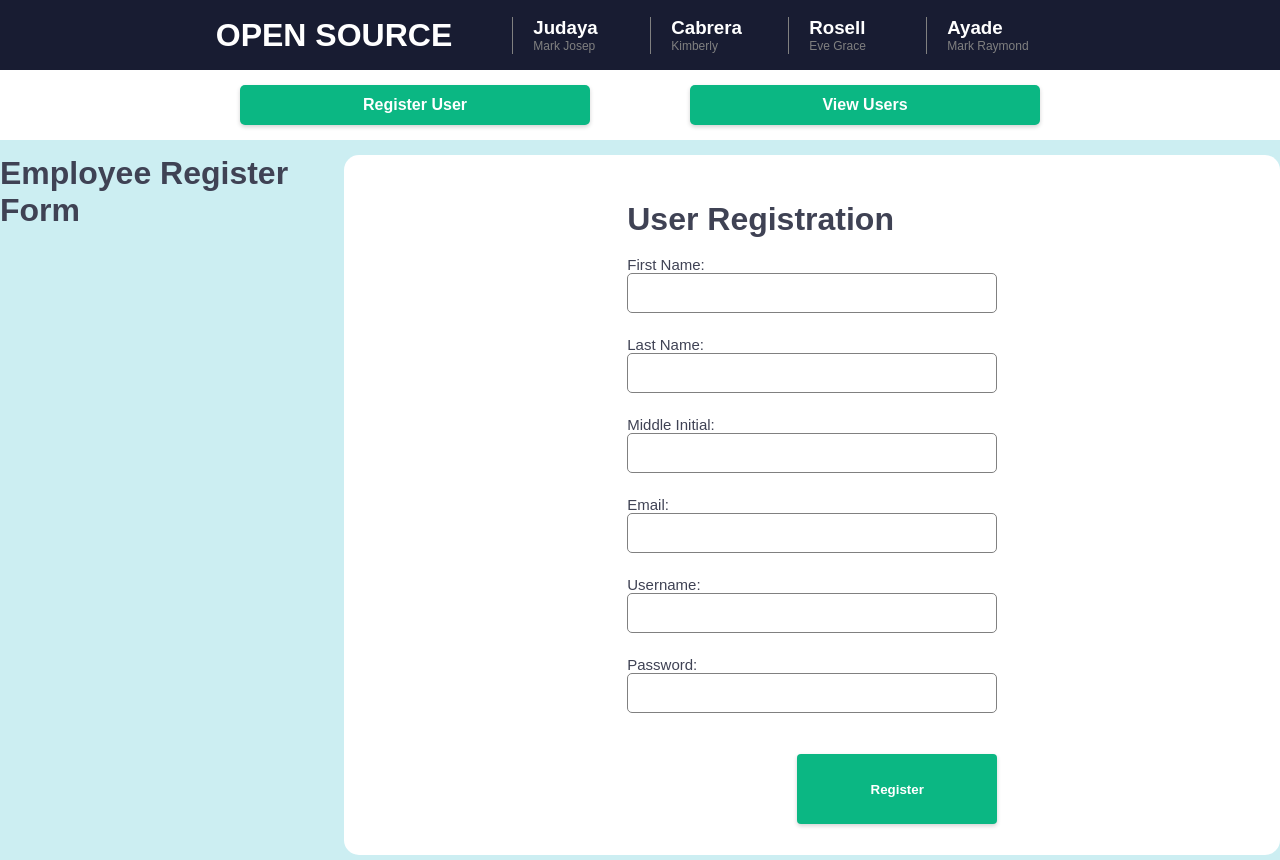
Repository: azkalonz/Int-Prog-2
Page: http://localhost/Int_Prog_2/register?page=register
An editor plug-in stored every save of this project. The page is shown before and after the next save, followed by the edit.
The browser window is 1280 px wide. The pictures show the whole page.
The page is served by Tomcat 9. Other server files are loaded and not shown.

Above is the page before, as saved 2021-03-02 10:59:39.

### Int Prog 2/WebContent/WEB-INF/views/register.jsp
<jsp:include page="/WEB-INF/layout/header.jsp" />
  <h1>Employee Register Form</h1>
  <div class="formCon">
     <form action="<%= request.getContextPath() %>/register" method="post">
         <h1>User Registration</h1>
         <br>
         <div class="inputCon">
             <span>First Name: </span>
             <input type="text" name="firstname">
         </div>
         <div class="inputCon">
             <span>Last Name:</span>
             <input type="text" name="lastname">
         </div>
         <div class="inputCon">
             <span>Middle Initial: </span>
             <input type="text" name="mi">
         </div>
         <div class="inputCon">
             <span>Email: </span>
             <input type="text" name="email">
         </div>
         <div class="inputCon">
             <span>Username: </span>
             <input type="text" name="username">
         </div>
         <div class="inputCon">
             <span>Password: </span>
             <input type="text" name="password">
         </div>
         <br>
         <button>Register</button>
     </form>
 </div>
<jsp:include page="/WEB-INF/layout/footer.jsp" />

### Int Prog 2/WebContent/WEB-INF/layout/header.jsp
<%@ page language="java" contentType="text/html; charset=ISO-8859-1"
	pageEncoding="ISO-8859-1"%>
<!DOCTYPE html>
<html>
<head>
<meta charset="ISO-8859-1">
<title>Register Employee</title>
<link rel="stylesheet" href="<%=request.getContextPath()%>/css/style.css"/>
</head>
<body>
<header>
        <div class="container">
            <h1>OPEN SOURCE</h1>
            <div class="namesCon">
                <div class="names">
                    <h3>Judaya</h3>
                    <span>Mark Josep</span>
                </div>
                <div class="names">
                    <h3>Cabrera</h3>
                    <span>Kimberly</span>
                </div>
                <div class="names">
                    <h3>Rosell</h3>
                    <span>Eve Grace</span>
                </div>
                <div class="names">
                    <h3>Ayade</h3>
                    <span>Mark Raymond</span>
                </div>
            </div>
        </div>
    </header>
    <div class="navCon">
        <div class="container">
            <div class="button">
                <a href="register.html">Register User</a>
            </div>
            <div class="button">
                <a href="view.html">View Users</a>
            </div>
        </div>
    </div>

    <div class="thecontent">

### Int Prog 2/src/com/intprog/controller/RegisterServlet.java
package com.intprog.controller;

import java.io.IOException;
import javax.servlet.ServletException;
import javax.servlet.annotation.WebServlet;
import javax.servlet.http.HttpServlet;
import javax.servlet.http.HttpServletRequest;
import javax.servlet.http.HttpServletResponse;

import com.intprog.dao.EmployeeDAO;
import com.intprog.model.Employee;
import com.sun.corba.se.impl.orbutil.ObjectWriter;


@WebServlet("/register")
public class RegisterServlet extends HttpServlet {
	private static final long serialVersionUID = 1L;
    private EmployeeDAO employeeDao = new EmployeeDAO();
    /**
     * @see HttpServlet#HttpServlet()
     */
    public RegisterServlet() {
        super();
        // TODO Auto-generated constructor stub
    }

	/**
	 * @see HttpServlet#doGet(HttpServletRequest request, HttpServletResponse response)
	 */
	protected void doGet(HttpServletRequest request, HttpServletResponse response) throws ServletException, IOException {
		// TODO Auto-generated method stub
		getServletContext().getRequestDispatcher("/WEB-INF/views/register.jsp").forward(request, response);
	}

	/**
	 * @see HttpServlet#doPost(HttpServletRequest request, HttpServletResponse response)
	 */
	protected void doPost(HttpServletRequest request, HttpServletResponse response) throws ServletException, IOException {
		String firstName = request.getParameter("firstname");
        String lastName = request.getParameter("lastname");
        String username = request.getParameter("username");
        String password = request.getParameter("password");
        String email = request.getParameter("email");
        String mi = request.getParameter("mi");

        Employee employee = new Employee();
        employee.setFirstname(firstName);
        employee.setLastname(lastName);
        employee.setUsername(username);
        employee.setPassword(password);
        employee.setEmail(email);
        employee.setMi(mi);

        try {
            employeeDao.registerEmployee(employee);
        } catch (Exception e) {
            // TODO Auto-generated catch block
            e.printStackTrace();
        }

        getServletContext().setAttribute("employee", employee);
		getServletContext().getRequestDispatcher("/employee.jsp").forward(request, response);
	}

}

### Int Prog 2/WebContent/css/style.css
* {
  margin: 0;
  padding: 0;
  box-sizing: border-box;
  font-family: "Poppins", sans-serif;
  color: rgb(63, 66, 84);
}

header {
  width: 100%;
  height: 70px;
  background: rgb(24, 28, 50);
  display: flex;
  align-items: center;
  justify-content: center;
}

header .container {
  width: 1024px;
  display: flex;
  justify-content: center;
}

header .container h1 {
  color: white;
  margin-right: 20px;
}

header .container .namesCon {
  display: flex;
  margin-left: 40px;
}

.container .namesCon .names {
  width: 130px;
  display: flex;
  flex-direction: column;
  margin-right: 8px;
  border-left: 1px solid gray;
  padding-left: 20px;
}

.namesCon .names h3 {
  color: white;
}

.namesCon .names span {
  font-size: 12px;
  color: gray;
}

.navCon {
  width: 100%;
  height: 70px;
  background: white;
  display: flex;
  align-items: center;
  justify-content: center;
  padding: 20px 0;
}

.navCon .container {
  width: 1024px;
  display: flex;
  align-items: center;
  justify-content: center;
}

.navCon .container .button {
  width: 350px;
  height: 40px;
  margin: 0 50px;
  cursor: pointer;
  border: none;
  border-radius: 5px;
  background: rgb(11, 183, 131);
  font-weight: bold;
  box-shadow: 0 2px 4px lightgray;
  display: flex;
  justify-content: center;
  align-items: center;
}

.navCon .container .button a {
  text-decoration: none;
  color: white;
}

.thecontent {
  width: 100%;
  height: 100vh;
  display: flex;
  justify-content: center;
  padding: 15px 0;
  background: rgb(204, 238, 242);
}

.formCon {
  display: flex;
  align-items: center;
  justify-content: center;
  width: 1024px;
  height: 700px;
  background: white;
  padding-top: 15px;
  border-radius: 15px;
}
.inputCon {
  width: 370px;
  height: 80px;
  display: flex;
  flex-direction: column;
}

.inputCon span {
  margin-right: 10px;
  font-size: 15px;
}

.inputCon input {
  height: 40px;
  padding-left: 7px;
  border: 1px solid gray;
  border-radius: 5px;
}

.formCon button {
  width: 200px;
  height: 70px;
  float: right;
  border: none;
  border-radius: 4px;
  background: rgb(11, 183, 131);
  color: white;
  font-weight: bold;
  box-shadow: 0 2px 4px lightgray;
}

.thecontent .tableCon {
  background: white;
  width: 1024px;
  height: 800px;
  display: flex;
  justify-content: center;
  align-items: center;
  flex-direction: column;
  border-radius: 15px;
}

.tableCon table {
  width: 800px;
}

.tableCon table th {
  text-align: left;
}

Loaded but not shown: Int Prog 2/WebContent/WEB-INF/layout/footer.jsp (common file)

After the next save:
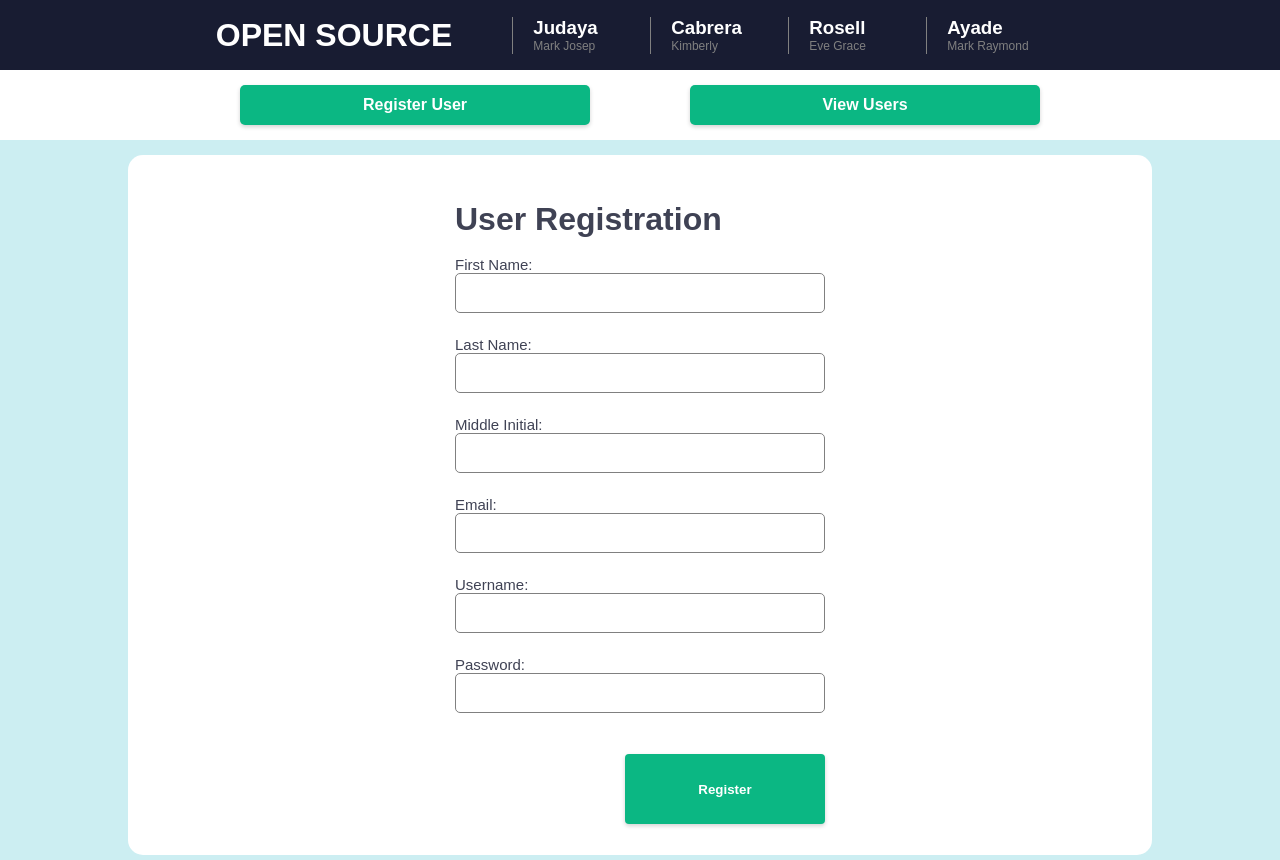
Saved 6 s later.
--- a/Int Prog 2/WebContent/WEB-INF/views/register.jsp
+++ b/Int Prog 2/WebContent/WEB-INF/views/register.jsp
@@ -1,5 +1,4 @@
 <jsp:include page="/WEB-INF/layout/header.jsp" />
-  <h1>Employee Register Form</h1>
   <div class="formCon">
      <form action="<%= request.getContextPath() %>/register" method="post">
          <h1>User Registration</h1>
